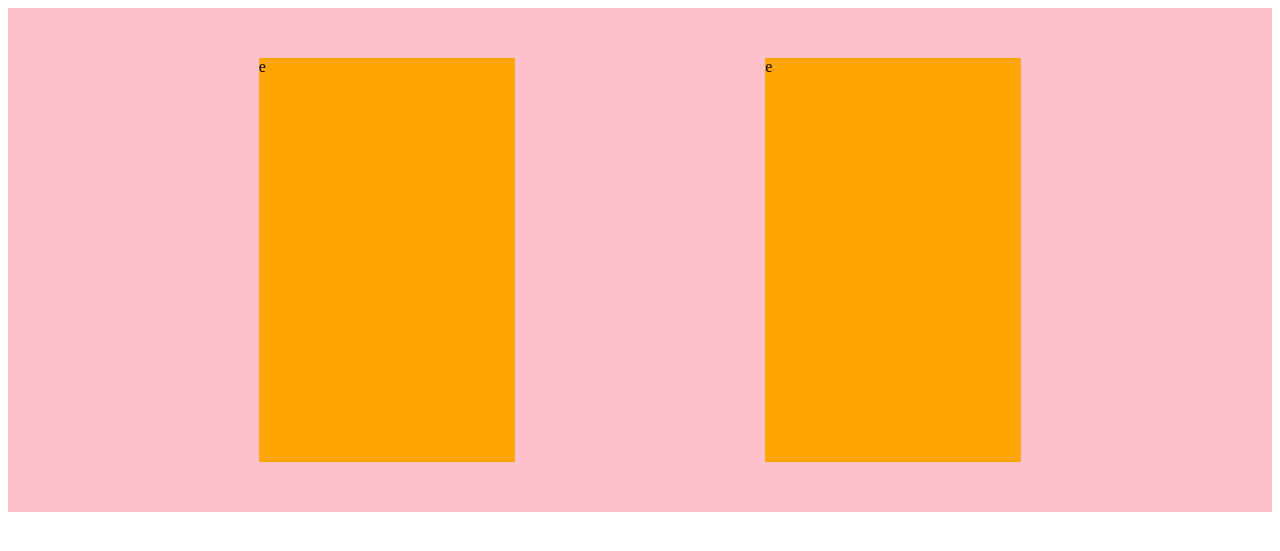
Repository: mel-in-a/vinted-front-clone
Page: html/offer.html
These files come from the project's save history. The page is drawn as it stood at one moment and after a run of saves; the edit follows.
The browser window is 1280 px wide. The pictures show the whole page.

Above is the page before, as saved 2021-07-29 16:21:28.

After the next 2 saves:
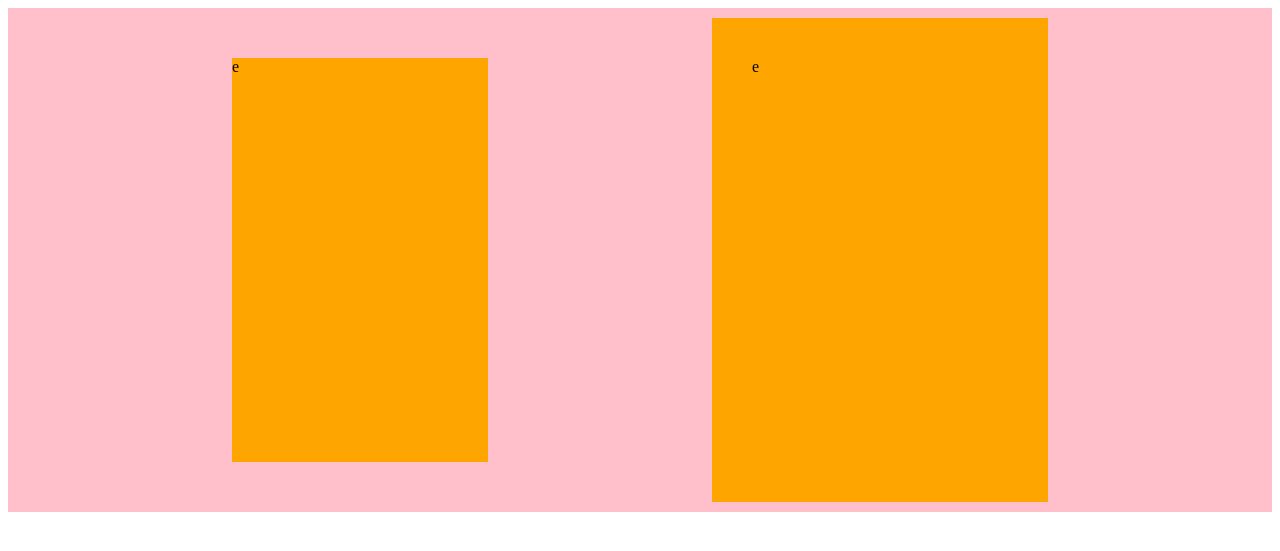
The 2 saves are shown as one change because they came seconds apart.
The last was saved 8 s later.
--- a/html/offer.css
+++ b/html/offer.css
@@ -15,5 +15,5 @@
   }
 
   .right {
-      padding
+      padding: 40px;
   }

After the 4 saves that followed:
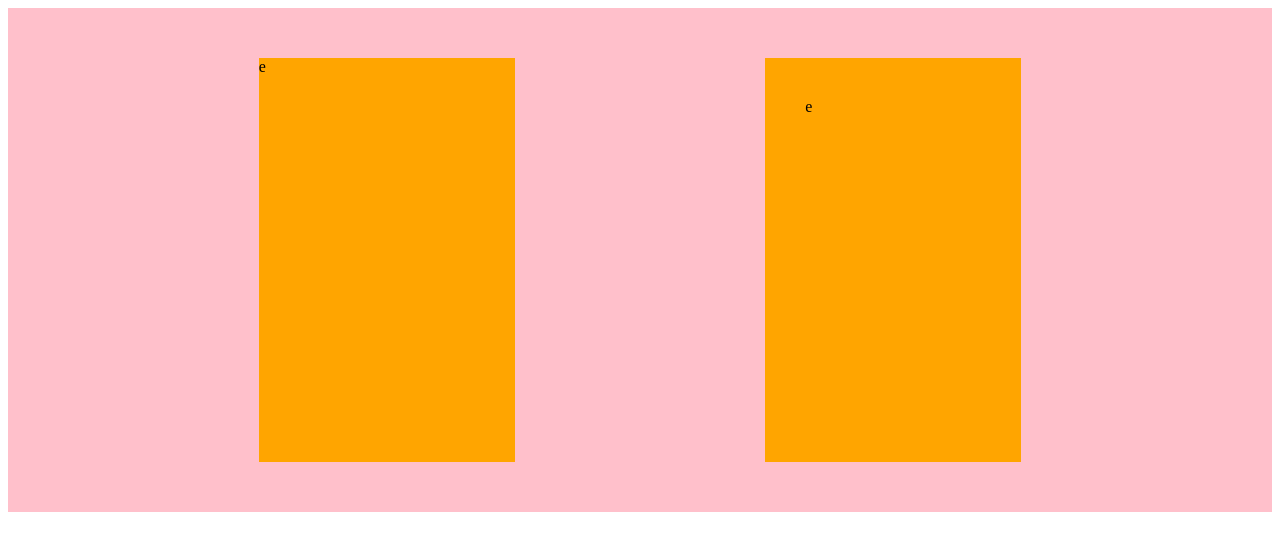
The 4 saves are shown as one change because they came seconds apart.
The last was saved 12 s later.
--- a/html/offer.css
+++ b/html/offer.css
@@ -16,4 +16,5 @@
 
   .right {
       padding: 40px;
+      box-sizing: border-box;
   }
